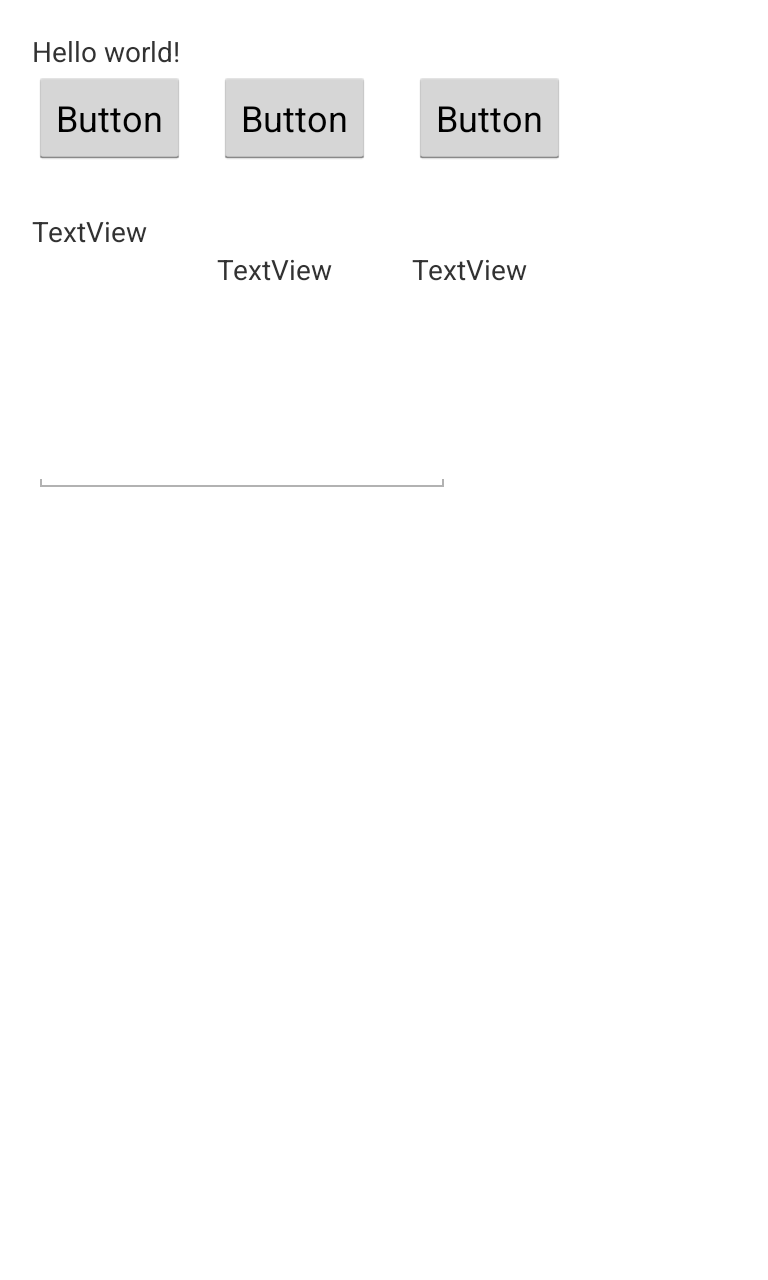
Repository: lukaszgor/mobilki
Layout: LAB6/To nieważne/Cw 6 przykład 2/Cw6zad2/res/layout/activity_main.xml
These files come from the project's save history. The layout is drawn as it stood at one moment and after the next save; the edit follows.
It is drawn on a 768 x 1280 px phone screen (xhdpi) without system bars, with theme AppTheme; the app's code is not run.

Above is the layout before, as saved 2020-05-28 16:49:17.

After the next save:
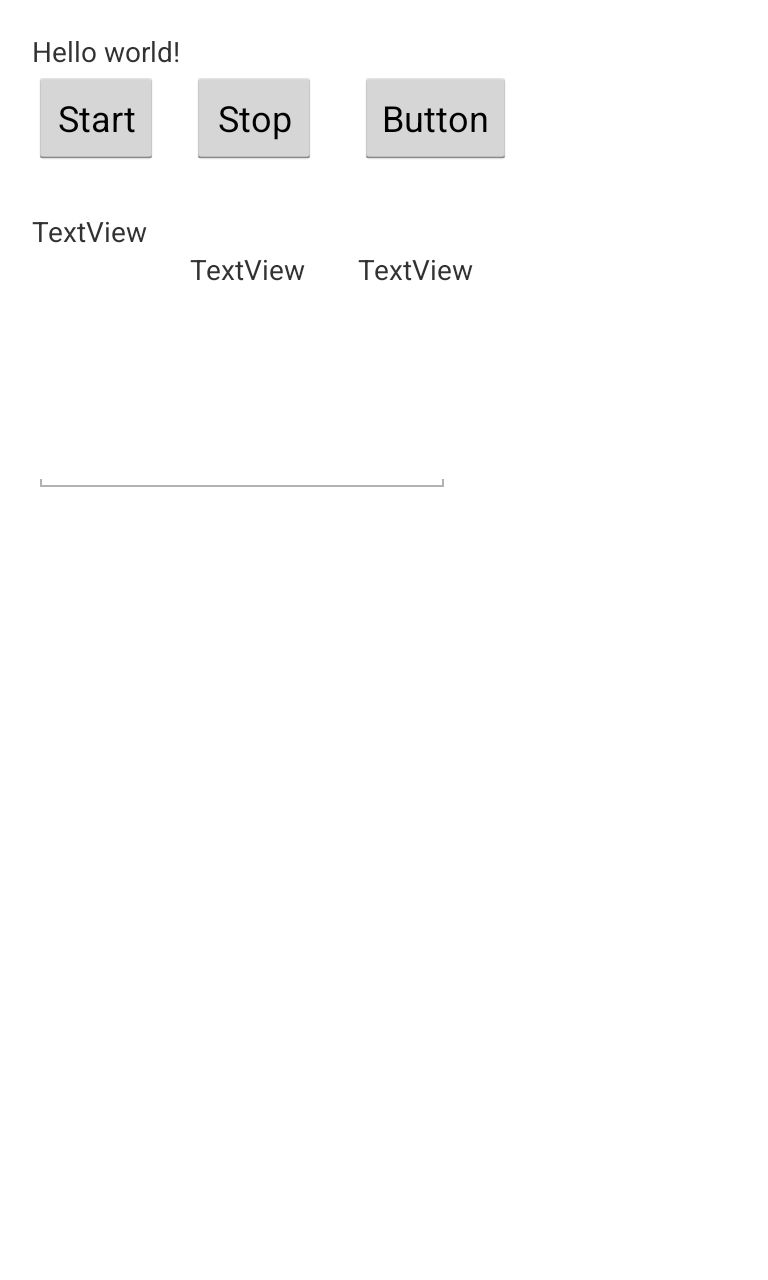
Saved 52 s later.
--- a/LAB6/To nieważne/Cw 6 przykład 2/Cw6zad2/res/layout/activity_main.xml
+++ b/LAB6/To nieważne/Cw 6 przykład 2/Cw6zad2/res/layout/activity_main.xml
@@ -20,7 +20,7 @@
         android:layout_height="wrap_content"
         android:layout_alignLeft="@+id/textView1"
         android:layout_below="@+id/textView1"
-        android:text="Button" />
+        android:text="Start" />
 
     <Button
         android:id="@+id/button3"
@@ -40,7 +40,7 @@
         android:layout_alignBottom="@+id/button1"
         android:layout_marginLeft="15dp"
         android:layout_toRightOf="@+id/button1"
-        android:text="Button" />
+        android:text="Stop" />
 
     <TextView
         android:id="@+id/textView3"
